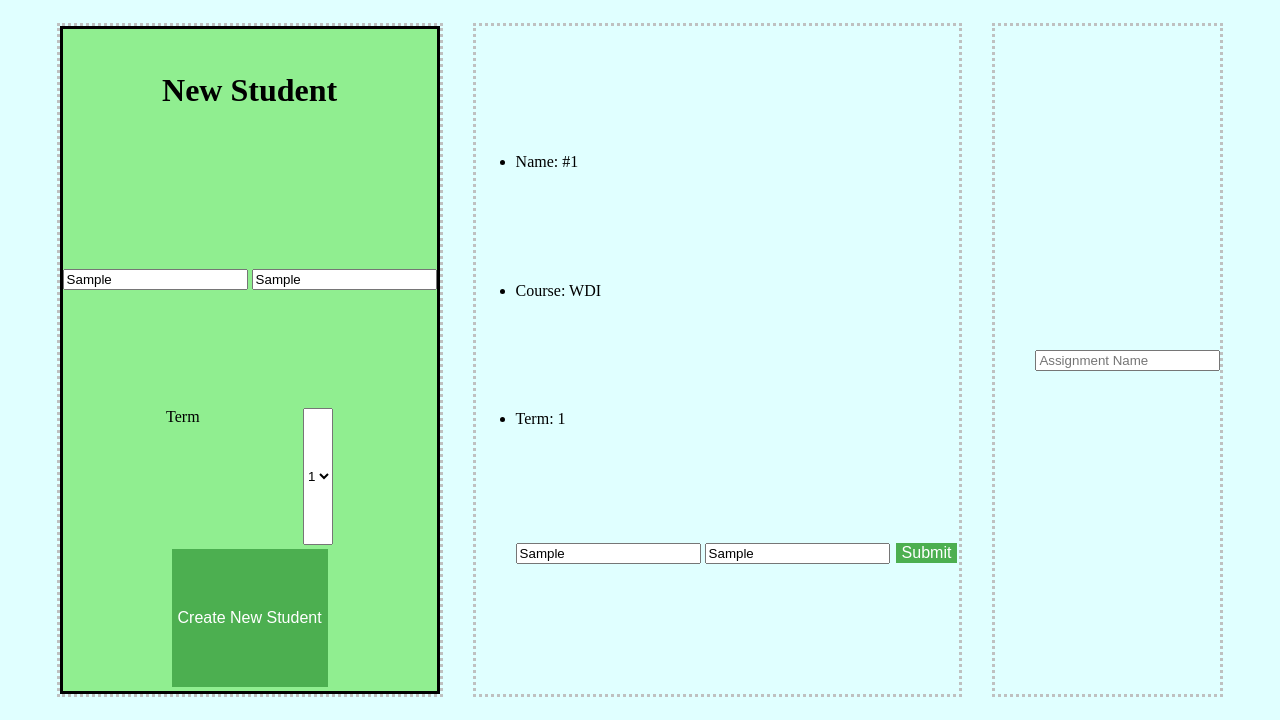
Repository: EdmontDantes/graderaide-fullstack-solution
Page: index.html
These files come from the project's save history. The page is drawn as it stood at one moment and after a run of saves; the edit follows.
The browser window is 1280 px wide. The pictures show the whole page.
Empty fields were first filled with sample values (such as "Sample", 5 or name@example.com).
After loading, the first visible `button.new-student-button` was clicked once.

Above is the page before, as saved 2020-04-22 14:07:11.

### index.html
<html lang="en">
  <head>
    <title>Graderaide</title>
    <meta charset="UTF-8">
    <meta name="viewport" content="width=device-width, initial-scale=1">
    <link rel="stylesheet" type="text/css" href="style-index.css">
  </head>

  <body>
    <section class="app">
      <section class="student-display" id="create-new-student-tile">

      <section class="new-student-input">
        <h1 id="text-h1-creation-section">New Student</h1>

        <div id="new-student-input-boxes">
          <input type="text" class="new-student-name" name="new-student-name" placeholder="Student Name">
          <input type="text" class="new-student-course" name="new-student-course" placeholder="Course">
        </div>

        <div id="new-student-input-options"
          <label for="new-student-term">Term</label>
          <select class="new-student-term" name="new-student-term">
            <option value="1">1</option>
            <option value="2">2</option>
            <option value="3">3</option>
          </select>
        </div>
        <section class="new-student-submit">
          <button type="submit" class="new-student-button">Create New Student</button>
        </section>
      </section>
    </section>

      <section class="student-display " id="student-1">
        <ul class="student-info">
          <li>Name: #1</li>
          <li>Course: WDI</li>
          <li>Term: 1</li>
          <!-- <li>
            <select class="course-selection">
              <option value="wdi">WDI</option>
            </select>
            <p>No grades yet.</p>
          </li> -->
          <div id="data-grades-input student-1">
            <!-- <section>
              <input type="text" name="new-course" class="new-course" placeholder="New Course">
              <button type="submit" class="submit-new-course">Submit</button>
            </section>
            <section>
              <input type="text" name="new-term" class="new-term" placeholder="New Term For Course">
              <button type="submit" class="submit-new-term">Submit</button>
            </section> -->
            <section>
              <input type="text" name="new-grade" class="new-grade" placeholder="New Grade">
              <input type="text" name="new-grade-assignment" class="new-grade-assignment" placeholder="Assignment Name">
              <button type="submit" class="submit-new-grade-assignment">Submit</button>
            </section>
          </div>
        </ul>
      </section>
      </section>
    </section>
  </body>
  <script src="main.js"></script>
</html>

### style-index.css
body {
    background-color: lightcyan;
    display: flex;
    flex-wrap: wrap;
    justify-content: center;
}

.app {
    display: flex;
    flex-direction: row;
    flex-wrap: wrap;
    justify-content: space-around;
}

#text-h1-creation-section {
    display: flex;
    flex-wrap: wrap;
    justify-content: center;
    font-size: 2em;
}

#new-student-input-options {
    display: flex;
    flex-wrap: wrap;
    flex-direction: row;
    justify-content: space-evenly;
}

.new-student-submit {
    display: flex;
    flex-wrap: wrap;
    justify-content: center;
}

.new-student-input {
    display: grid;

    background-color: lightgreen;
    border: 3px solid black;

}
button {
    background-color: #4CAF50;
    border: none;
    color: white;
    text-align: center;
    text-decoration: none;
    display: inline-block;
    font-size: 16px;
    margin: 4px 2px;
    cursor: pointer;
}

.student-display {
    display: flex;
    justify-content: space-around;
    border: 3px dotted #BFC0C0;
    margin: 15px;
}

.student-info {
    display: flex;
    flex-direction: column;
    justify-content: space-evenly;
}

a {
    background-color: white;
    color: black;
    border: 5px solid #4CAF50;
    padding: 10px 20px;
    text-align: center;
    text-decoration: none;
    display: inline-block;
    font-size: 16px;
    margin-left: 20px;
}

### main.js
/******************
 * YOUR CODE HERE *
 ******************/

const Grade = (assignment, score) => {
    return {
        assignment,
        score,
    }
}

const Term = () => {
    return {
    grades: [],

    addGrade: function(assignment, score) {
        const grade = Grade(assignment, score);
        this.grades.push(grade);
    },
    }
}

const Course = (name) => {
    return {
    name,
    terms: [Term()],

    addTerm: function() {
        const term = Term();
        this.terms.push(term);
    }
    }
}

const Student = (name, course, term = 1) => {
    return {
    name,
    course,
    term,
    courses: [Course(course)],

    addCourse: function(course) {
        this.courses.push(Course(course));
        this.course = course;
    },

    getAverage: function(courseToFind = this.course, termIndex = this.term - 1) {
        let foundCourse;
        for (const course of this.courses) {
        if (course.name === courseToFind) {
            foundCourse = course;
        }
        }

        const grades = foundCourse.terms[termIndex].grades;
        if (grades.length === 0) {
        return 'No grades yet.'
        }

        let sum = 0;
        for (const grade of grades) {
        sum += grade.score;
        }

        return sum / grades.length;
    },
    }
}

// const createNewStudentTileQuery = document.querySelector('#create-new-student-tile');
const newStudentNameQuery = document.querySelector('.new-student-name');
const newStudentCourseNameQuery = document.querySelector('.new-student-course');
const newStudentTermNumOptionQuery = document.querySelector('.new-student-term');
const btnNewStudentSubmitQuery = document.querySelector('.new-student-button');

const newStudentTile = function() {

    name = newStudentNameQuery.value;
    course = newStudentCourseNameQuery.value;
    termNum = newStudentTermNumOptionQuery.value;

    let newStudent = Student(name, course, termNum);
    console.log(newStudent);
    const studentDisplay = document.createElement('div');
    studentDisplay.className = 'student-display';
    let numId = document.querySelectorAll('.student-display')

    studentDisplay.id = `student-${numId.length}`;
    const studentInfo = document.createElement('ul');
    const nameItem = document.createElement('li');
    const courseItem = document.createElement('li');
    const termItem  = document.createElement('li');

    nameItem.innerText = `Name: ${newStudent.name}`;
    courseItem.innerText = `Course: ${newStudent.course}`;
    termItem.innerText = `Term: ${newStudent.term}`;


    studentInfo.classList.add('student-info');
    studentInfo.appendChild(nameItem);
    studentInfo.appendChild(courseItem);
    studentInfo.appendChild(termItem);
    // someParentElement.appendChild(studentInfo);
    studentDisplay.append(studentInfo);
    document.querySelector('.app').append(studentDisplay)
    studentInfo.innerHTML = `<input type="text" name="new-grade" class="new-grade" placeholder="New Grade">`
    studentInfo.innerHTML = `<input type="text" name="new-grade-assignment" class="new-grade-assignment" placeholder="Assignment Name">`
}

btnNewStudentSubmitQuery.addEventListener('click', newStudentTile);

After the next 2 saves:
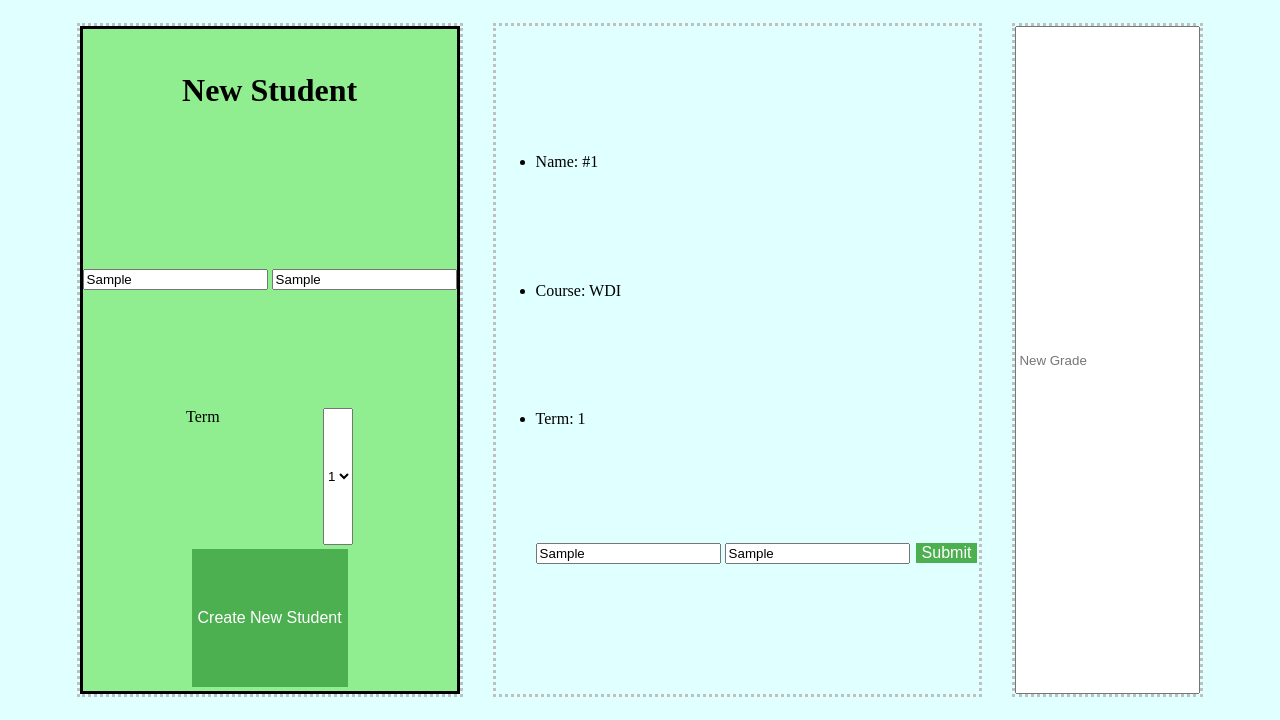
The 2 saves are shown as one change because they came seconds apart.
The last was saved 27 s later.
--- a/main.js
+++ b/main.js
@@ -103,7 +103,7 @@ const newStudentTile = function() {
     // someParentElement.appendChild(studentInfo);
     studentDisplay.append(studentInfo);
     document.querySelector('.app').append(studentDisplay)
-    studentInfo.innerHTML = `<input type="text" name="new-grade" class="new-grade" placeholder="New Grade">`
+    studentDisplay.innerHTML = `<input type="text" name="new-grade" class="new-grade" placeholder="New Grade">`
     studentInfo.innerHTML = `<input type="text" name="new-grade-assignment" class="new-grade-assignment" placeholder="Assignment Name">`
 }
 
